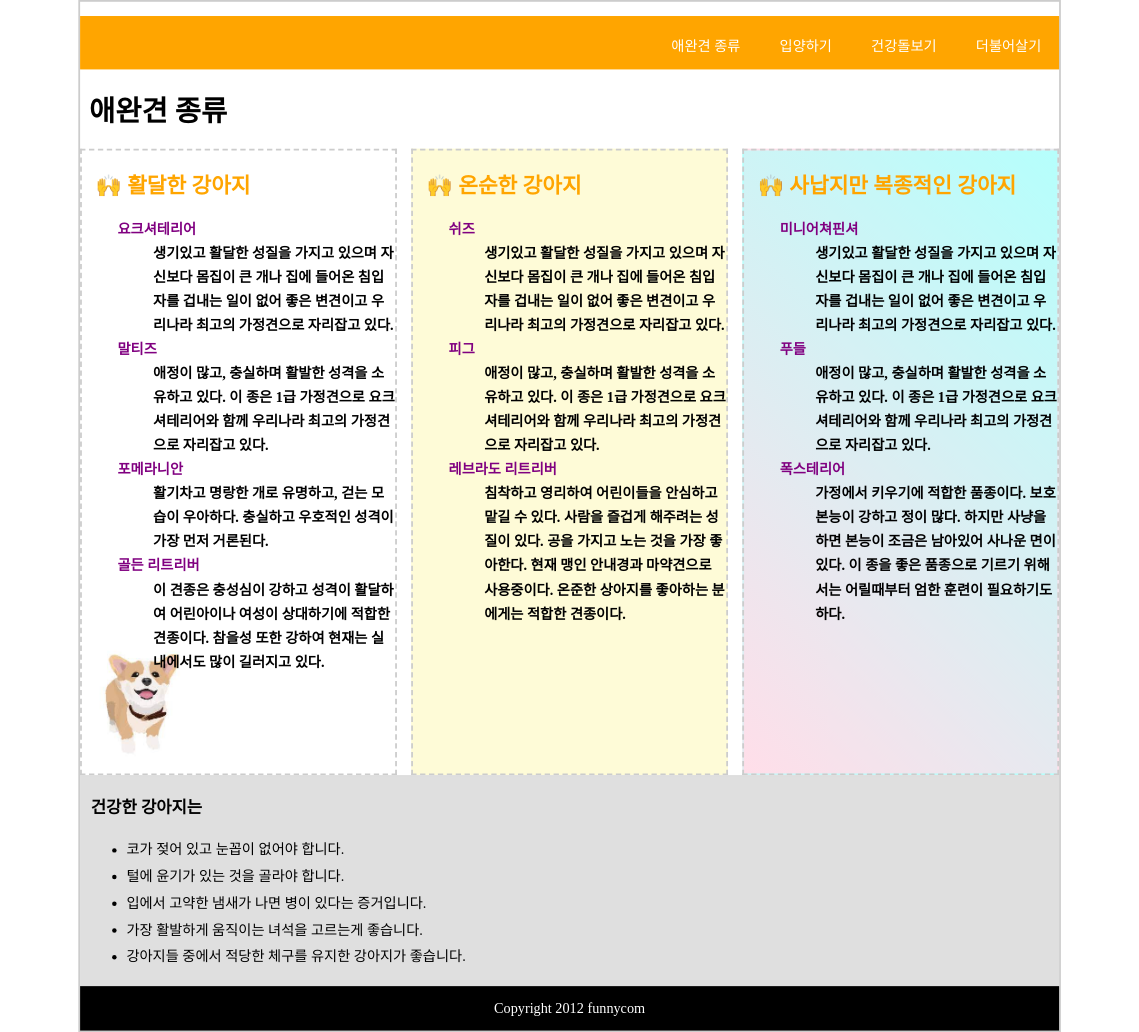
Repository: b1996om/HTML-CSS_study
Page: pro07/public/dog.html
These files come from the project's save history. The page is drawn as it stood at one moment and after the next save; the edit follows.
The browser window is 1280 px wide. The pictures show the whole page, at 89% of full size.

Above is the page before, as saved 2022-12-08 00:35:11.

After the next save:
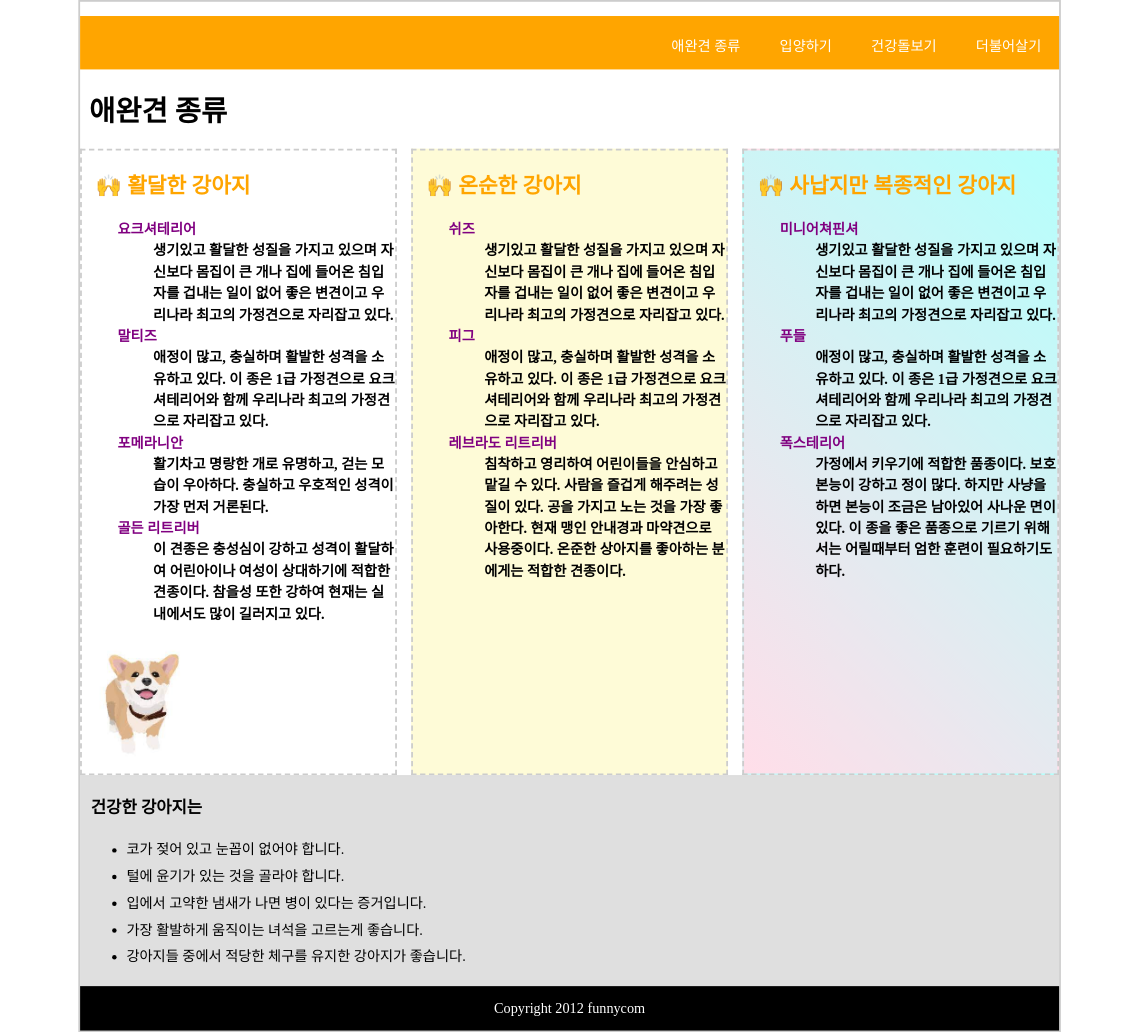
Saved 2 min 57 s later.
--- a/pro07/public/dog.html
+++ b/pro07/public/dog.html
@@ -35,7 +35,6 @@
 		}
 		section ul li {
 			list-style:none;
-			line-height:27px;
 		}
 		.dogname {
 			color:purple;
